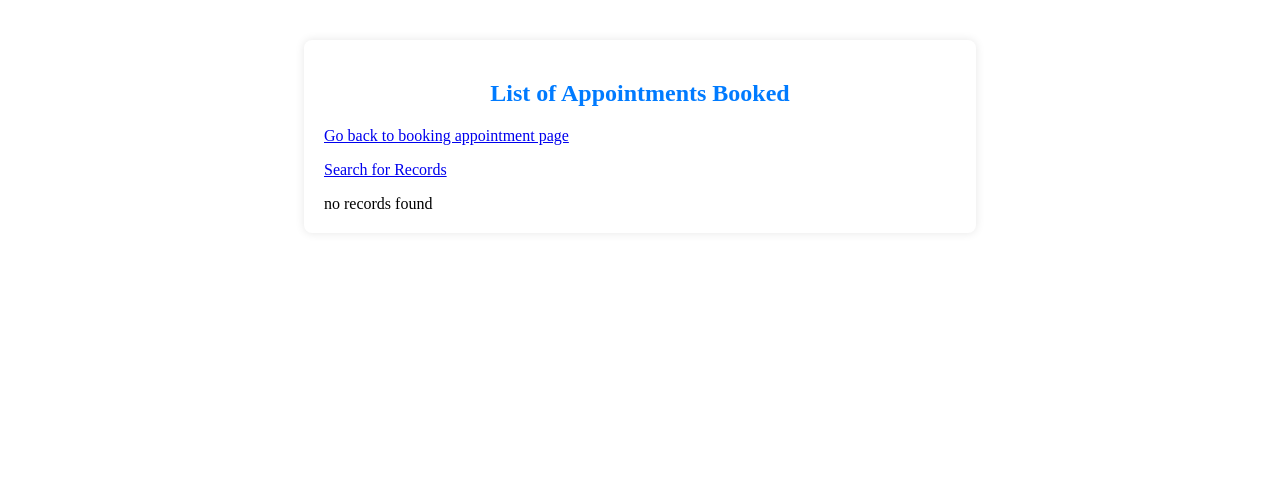
Repository: Arisha004/Hospital-Appointment-Management-System
Page: http://localhost/list.php
These files come from the project's save history. The page is drawn as it stood at one moment and after the next save; the edit follows.
The browser window is 1280 px wide. The pictures show the whole page.
The page is run by PHP 8.4 with error messages shown; the project is at /var/www/html/. Queries for data that is not in the repository find no rows.

Above is the page before, as saved 2025-10-25 01:01:26.

### list.php
<?php
include 'db.php';
$sql="select * from appointments";
$result=$conn->query($sql);


?>
<!DOCTYPE html>
<html lang="en">
<head>
    <meta charset="UTF-8">
    <meta name="viewport" content="width=device-width, initial-scale=1.0">
    <title>Document</title>
  <link rel="stylesheet" href="style2.css">


</head>
<body>
    <div class="container1">
    <h2>List of Appointments Booked</h1>

    <p><a href="index.php"> Go back to booking appointment page</a></p>
    <p><a href="searching.php"> Search for Records </a></p>


   <?php

    if($result->num_rows>0){

echo "<table border='1' cellpadding='10'>";
  echo   "<tr>
    <th>ID</th>
    <th>Name</th>
    <th>Email</th>

    <th>Action</th>

    </tr>";

while($row=$result->fetch_assoc()){
    echo "<tr>";
    echo "<td>".$row["id"]."</td>";
    echo "<td>".$row["full_name"]."</td>";
    echo "<td>".$row["email"]."</td>";


    echo "<td><a href='detail.php?id=$row[id]'>More Info</a><br><br>
    <a href='update.php?id=$row[id]'>Update</a><br><br>
    <a href='delete.php?id=$row[id]'>Delete</a>
    </td>";
    echo "</tr>";

}
echo "</table>";
    }
    else{
        echo "no records found";
    }

?>

</div>
</body>
</html>

### db.php
<?php

$servername = "localhost";
$username = "root";
$password = "";
$dbname="midterm";

$conn=new mysqli($servername, $username, $password,$dbname);
if($conn->connect_error){
    die("Connection failed: " . $conn->connect_error);
}


?>

### style2.css

  .container1 { width: 50%; margin: 40px auto; background: #fff; padding: 20px; border-radius: 8px; box-shadow: 0 0 10px rgba(0,0,0,0.1); }
  h2 { text-align: center; color: #007bff; }
  label { font-weight: bold; display: block; margin-bottom: 5px; }
  input, select, textarea {
      width: 100%;
      padding: 8px;
      margin-bottom: 15px;
      border: 1px solid #ccc;
      border-radius: 5px;
  }

  button{

  display: inline-block;
  background-color: #869CA3;
  color: #fff;
  padding: 10px 22px;
  border: none;
  border-radius: 6px;
  cursor: pointer;
  font-weight: 500;

  transition: 0.3s;
   text-align: center;
}

button:hover {
  background-color: #7498a3;
  transform: translateY(-2px);
}

  input[type=submit] {
      background-color: #007bff;
      color: white;
      border: none;
      padding: 10px 15px;
      cursor: pointer;
      border-radius: 5px;
  }
  input[type=submit]:hover {
      background-color: #0056b3;
  }
  select[name="status"] {
    background-color: #f8f9fa;
    color: #495057;
    padding: 8px;
    margin-bottom: 15px;
    border: 1px solid #ced4da;
    border-radius: 5px;
    width: 100%;
}

select[name="status"] option[value="Pending"] { color: #ffc107; }
select[name="status"] option[value="Confirmed"] { color: #28a745; }
select[name="status"] option[value="Cancelled"] { color: #dc3545; }
select[name="status"] option[value="Completed"] { color: #17a2b8; }

After the next save:
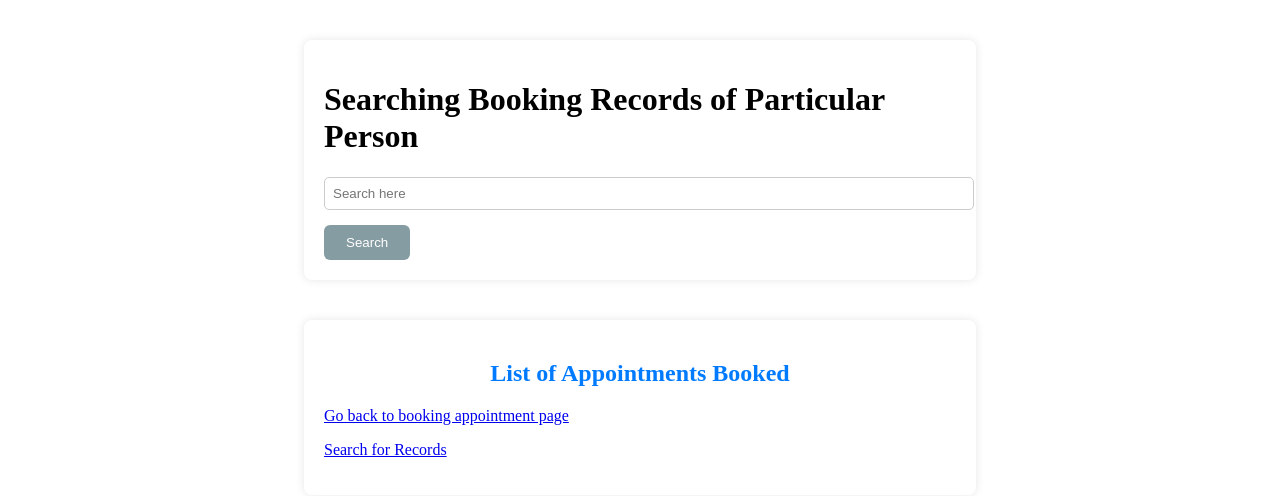
Saved 6 s later.
--- a/list.php
+++ b/list.php
@@ -2,6 +2,19 @@
 include 'db.php';
 $sql="select * from appointments";
 $result=$conn->query($sql);
+
+
+?>
+
+<?php
+include 'db.php';
+  if(isset($_GET['search'])){
+    $filteredvalues=$_GET['search'];
+    $sql = "SELECT * FROM appointments
+        WHERE CONCAT(full_name, ' ', email) LIKE '%$filteredvalues%'";
+    $result=$conn->query($sql);
+
+    }
 
 
 ?>
@@ -16,16 +29,30 @@ $result=$conn->query($sql);
 
 </head>
 <body>
-    <div class="container1">
+
+        <form action="" method="get">
+<div class="container1">
+    <h1>Searching Booking Records of Particular Person</h1>
+
+
+    <input type="text" name="search" required value="<?php if(isset($_GET['search'])){
+    echo $_GET['search'];
+}?>" placeholder="Search here">
+    <button type="submit">Search</button>
+
+</div>
+</form>
+
+      <div class="container1">
     <h2>List of Appointments Booked</h1>
 
     <p><a href="index.php"> Go back to booking appointment page</a></p>
     <p><a href="searching.php"> Search for Records </a></p>
 
-
    <?php
 
-    if($result->num_rows>0){
+
+if (isset($result) && $result->num_rows > 0){
 
 echo "<table border='1' cellpadding='10'>";
   echo   "<tr>
@@ -36,26 +63,32 @@ echo "<table border='1' cellpadding='10'>";
     <th>Action</th>
 
     </tr>";
-
-while($row=$result->fetch_assoc()){
-    echo "<tr>";
-    echo "<td>".$row["id"]."</td>";
-    echo "<td>".$row["full_name"]."</td>";
-    echo "<td>".$row["email"]."</td>";
+  while($items = $result->fetch_assoc()) {
 
 
-    echo "<td><a href='detail.php?id=$row[id]'>More Info</a><br><br>
-    <a href='update.php?id=$row[id]'>Update</a><br><br>
-    <a href='delete.php?id=$row[id]'>Delete</a>
+        echo "<tr>";
+
+    echo "<td>".$items["id"]."</td>";
+    echo "<td>".$items["full_name"]."</td>";
+    echo "<td>".$items["email"]."</td>";
+      echo "<td><a href='detail.php?id=$items[id]'>More Info</a><br><br>
+    <a href='update.php?id=$items[id]'>Update</a><br><br>
+    <a href='delete.php?id=$items[id]'>Delete</a>
     </td>";
-    echo "</tr>";
 
-}
-echo "</table>";
+       echo "</tr>";
+
+        }
+
+    echo "</table>";
+   }
+    elseif (isset($_GET['search'])){
+        echo "No Record Found";
     }
-    else{
-        echo "no records found";
-    }
+
+
+
+
 
 ?>
 
